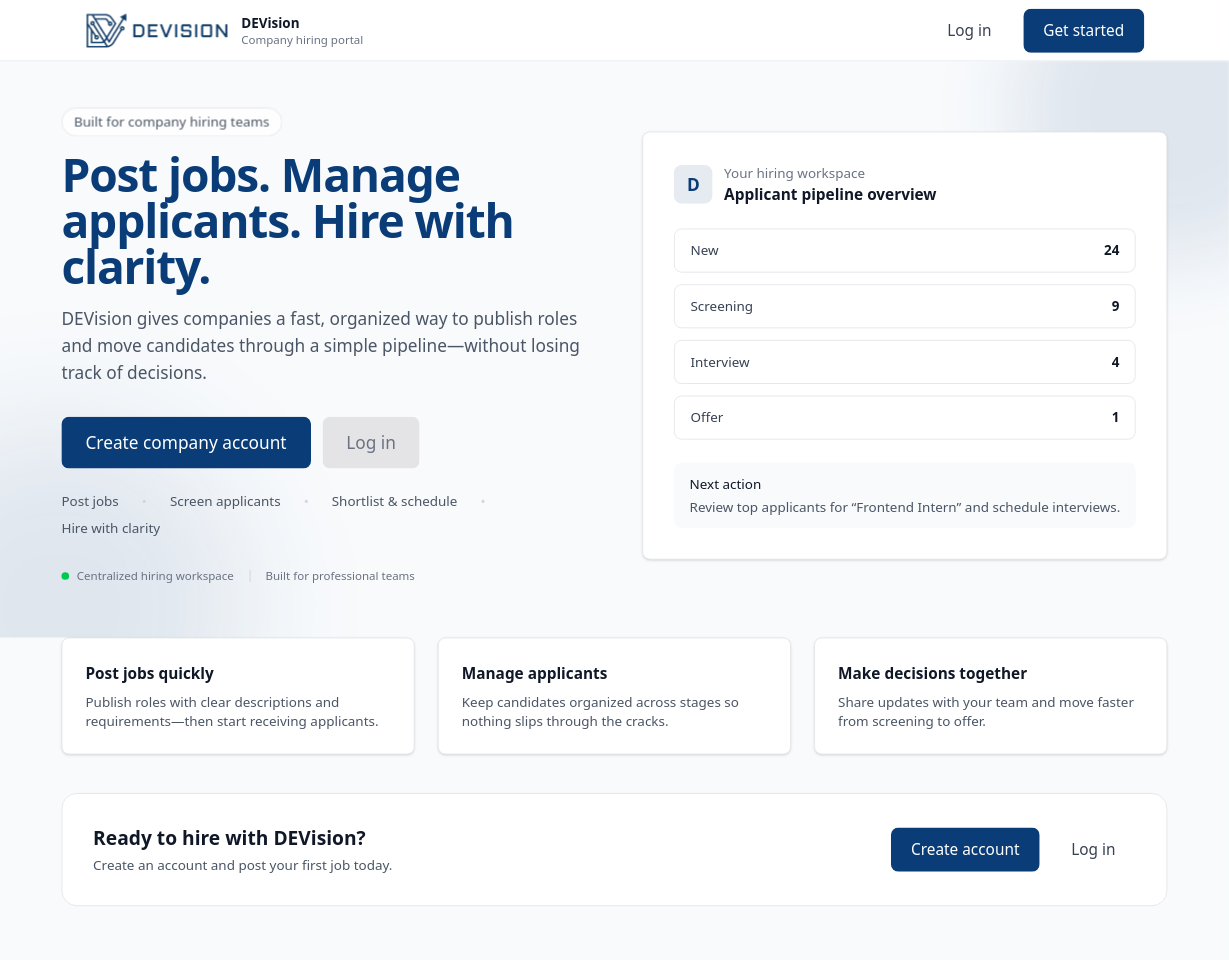
Repository: ISYS3461-2025C-Mulan-DEVision/JobManager_FE
Page: /
These files come from the project's save history. The page is drawn as it stood at one moment and after the next save; the edit follows.
The browser window is 1280 px wide. The pictures show the whole page, at 96% of full size.
The project was rebuilt for these pictures with package versions that can differ from the ones it lists, and the page was loaded fresh each time. Also part of the build but not shown: vite.config.js, src/components/ui/Input/Input.tsx, src/components/ui/Spinner/Spinner.tsx, src/components/ui/Alert/Alert.tsx, src/components/ui/GoogleLogo/GoogleLogo.tsx, src/components/headless/Form/Form.tsx, src/components/headless/Form/index.ts, src/components/headless/Table/useTable.ts and 18 more.

Above is the page before, as saved 2025-12-12 15:47:09.

### index.html
<!doctype html>
<html lang="en">
  <head>
    <meta charset="UTF-8" />
    <link rel="icon" type="image/svg+xml" href="/logo/logo-icon.png" />
    <meta name="viewport" content="width=device-width, initial-scale=1.0" />
    <title>jobmanager-fe</title>
  </head>
  <body>
    <div id="root"></div>
    <script type="module" src="/src/main.jsx"></script>
  </body>
</html>

### src/main.tsx
import React, { StrictMode } from "react";
import { createRoot } from "react-dom/client";
import "./index.css";
import { BrowserRouter } from "react-router-dom";
import App from "./App.js";
import { Provider } from "react-redux";
import store from "./store/index.js";

const container = document.getElementById("root")!;
if (!container) {
    throw new Error("Root container not found");
} else {
    createRoot(container).render(
        <StrictMode>
            <Provider store={store}>
                <BrowserRouter>
                    <App />
                </BrowserRouter>
            </Provider>
        </StrictMode>,
    );
}

### src/index.css
@import "tailwindcss";

@theme {
  --color-heading: #0A3D78;
  --color-dark-blue: #1E293B;
  --color-background: #F8FAFC;
  --color-filled-button: #0A3D78;
}

html,
body {
    height: 100%;
}

:root {
    font-family: system-ui, -apple-system, Segoe UI, Roboto, Helvetica, Arial, sans-serif;
    line-height: 1.5;
    font-weight: 400;
    font-synthesis: none;
    text-rendering: optimizeLegibility;
    -webkit-font-smoothing: antialiased;
    -moz-osx-font-smoothing: grayscale;
}

body {
    margin: 0;
    min-width: 320px;
    min-height: 100vh;
    background: var(--color-background-color);
    color: #0f172a;
}


/* button {
    border-radius: 8px;
    border: 1px solid transparent;
    padding: 0.6em 1.2em;
    font-size: 1em;
    font-weight: 500;
    font-family: inherit;
    background-color: #1a1a1a;
    cursor: pointer;
    transition: border-color 0.25s;
}
button:hover {
    border-color: #646cff;
}
button:focus,
button:focus-visible {
    outline: 4px auto -webkit-focus-ring-color;
} */

### src/App.tsx
import { Routes, Route } from "react-router-dom";
import Home from "./pages/Home";
import LoginPage from "./pages/LoginPage";
import RegistrationPage from "./pages/RegistrationPage";
import AppHeader from "./components/common/AppHeader";

function App() {
    return (
        <div className="min-h-screen bg-background">
            <AppHeader />
            <main>
                <Routes>
                    <Route path="/" element={<Home />} />
                    <Route path="/login" element={<LoginPage />} />
                    <Route path="/register" element={<RegistrationPage />} />
                </Routes>
            </main>
        </div>
    );
}

export default App;

### src/store/index.ts
import configureStore from "./configureStore";
const store = configureStore();
export default store;

### src/pages/Home.tsx
import { Link } from "react-router-dom";
import { Button, Card } from "../components/ui";

export default function Home() {
    return (
        <div className="bg-background">
            <section className="relative overflow-hidden px-6 pt-12 pb-14">
                <div className="pointer-events-none absolute inset-0">
                    <div className="absolute -top-28 right-[-6rem] h-80 w-80 rounded-full bg-filled-button/10 blur-2xl" />
                    <div className="absolute -bottom-40 left-[-8rem] h-96 w-96 rounded-full bg-filled-button/10 blur-3xl" />
                </div>

                <div className="relative mx-auto max-w-6xl">
                    <div className="grid gap-10 lg:grid-cols-2 lg:items-center">
                        <div>
                            <p className="inline-flex items-center rounded-full border border-gray-200 bg-white/80 px-3 py-1 text-sm text-gray-600 backdrop-blur">
                                Built for company hiring teams
                            </p>
                            <h1 className="mt-4 text-4xl font-bold tracking-tight text-heading sm:text-5xl">
                                Post jobs. Manage applicants. Hire with clarity.
                            </h1>
                            <p className="mt-4 text-lg text-gray-600">
                                DEVision gives companies a fast, organized way to publish roles and move candidates through a simple
                                pipeline—without losing track of decisions.
                            </p>

                            <div className="mt-8 flex flex-col gap-3 sm:flex-row sm:items-center">
                                <Link to="/register" className="inline-flex">
                                    <Button size="lg">Create company account</Button>
                                </Link>
                                <Link to="/login" className="inline-flex">
                                    <Button variant="secondary" size="lg">
                                        Log in
                                    </Button>
                                </Link>
                            </div>

                            <div className="mt-6 flex flex-wrap gap-x-6 gap-y-2 text-sm text-gray-600">
                                <span>Post jobs</span>
                                <span className="text-gray-300">•</span>
                                <span>Screen applicants</span>
                                <span className="text-gray-300">•</span>
                                <span>Shortlist & schedule</span>
                                <span className="text-gray-300">•</span>
                                <span>Hire with clarity</span>
                            </div>

                            <div className="mt-8 flex items-center gap-4 text-xs text-gray-500">
                                <div className="flex items-center gap-2">
                                    <span className="inline-block h-2 w-2 rounded-full bg-green-500" />
                                    <span>Centralized hiring workspace</span>
                                </div>
                                <div className="hidden h-3 w-px bg-gray-300 sm:block" />
                                <div className="hidden sm:block">Built for professional teams</div>
                            </div>
                        </div>

                        <div className="lg:justify-self-end">
                            <Card className="p-6 sm:p-8">
                                <div className="flex items-center gap-3">
                                    <div className="flex h-10 w-10 items-center justify-center rounded-lg bg-filled-button/10 text-heading">
                                        <span className="text-lg font-semibold">D</span>
                                    </div>
                                    <div>
                                        <div className="text-sm text-gray-500">Your hiring workspace</div>
                                        <div className="text-base font-semibold text-gray-900">Applicant pipeline overview</div>
                                    </div>
                                </div>

                                <div className="mt-6 grid gap-3">
                                    {[
                                        { label: "New", value: "24" },
                                        { label: "Screening", value: "9" },
                                        { label: "Interview", value: "4" },
                                        { label: "Offer", value: "1" },
                                    ].map((item) => (
                                        <div
                                            key={item.label}
                                            className="flex items-center justify-between rounded-lg border border-gray-200 bg-white px-4 py-3"
                                        >
                                            <div className="text-sm font-medium text-gray-700">{item.label}</div>
                                            <div className="text-sm font-semibold text-gray-900">{item.value}</div>
                                        </div>
                                    ))}
                                </div>

                                <div className="mt-6 rounded-lg bg-background px-4 py-3">
                                    <div className="text-sm font-medium text-gray-900">Next action</div>
                                    <div className="mt-1 text-sm text-gray-600">
                                        Review top applicants for “Frontend Intern” and schedule interviews.
                                    </div>
                                </div>
                            </Card>
                        </div>
                    </div>
                </div>
            </section>

            <section className="px-6 pb-14">
                <div className="mx-auto max-w-6xl">
                    <div className="grid gap-6 md:grid-cols-3">
                        <Card className="p-6">
                            <div className="text-base font-semibold text-gray-900">Post jobs quickly</div>
                            <p className="mt-2 text-sm text-gray-600">
                                Publish roles with clear descriptions and requirements—then start receiving applicants.
                            </p>
                        </Card>
                        <Card className="p-6">
                            <div className="text-base font-semibold text-gray-900">Manage applicants</div>
                            <p className="mt-2 text-sm text-gray-600">
                                Keep candidates organized across stages so nothing slips through the cracks.
                            </p>
                        </Card>
                        <Card className="p-6">
                            <div className="text-base font-semibold text-gray-900">Make decisions together</div>
                            <p className="mt-2 text-sm text-gray-600">
                                Share updates with your team and move faster from screening to offer.
                            </p>
                        </Card>
                    </div>

                    <div className="mt-10 rounded-2xl border border-gray-200 bg-white p-6 sm:p-8">
                        <div className="flex flex-col gap-4 sm:flex-row sm:items-center sm:justify-between">
                            <div>
                                <div className="text-xl font-semibold text-gray-900">Ready to hire with DEVision?</div>
                                <div className="mt-1 text-sm text-gray-600">Create an account and post your first job today.</div>
                            </div>
                            <div className="flex flex-col gap-3 sm:flex-row">
                                <Link to="/register" className="inline-flex">
                                    <Button>Create account</Button>
                                </Link>
                                <Link to="/login" className="inline-flex">
                                    <Button variant="ghost">Log in</Button>
                                </Link>
                            </div>
                        </div>
                    </div>
                </div>
            </section>
        </div>
    );
}

### src/components/common/AppHeader.tsx
import { Link, useLocation } from "react-router-dom";
import { Button } from "../ui";

type AppHeaderProps = {
    className?: string;
};

export default function AppHeader({ className }: AppHeaderProps) {
    const location = useLocation();

    const pathname = location.pathname;
    const onLogin = pathname === "/login";
    const onRegister = pathname === "/register";

    return (
        <header className={className ?? ""}>
            <div className="h-16 border-b border-gray-200 bg-white">
                <div className="mx-auto flex h-full max-w-6xl items-center justify-between px-6">
                    <Link to="/" className="flex items-center gap-3">
                        <img src="/logo/logo.png" alt="DEVision" className="h-9 w-auto" />
                        <div className="leading-tight">
                            <div className="text-sm font-semibold text-gray-900">DEVision</div>
                            <div className="text-xs text-gray-500">Company hiring portal</div>
                        </div>
                    </Link>

                    <nav className="flex items-center gap-3">
                        {!onLogin && (
                            <Link to="/login" className="inline-flex">
                                <Button variant="ghost">Log in</Button>
                            </Link>
                        )}
                        {!onRegister && (
                            <Link to="/register" className="inline-flex">
                                <Button>Get started</Button>
                            </Link>
                        )}
                    </nav>
                </div>
            </div>
        </header>
    );
}

### src/store/configureStore.ts
import { createStore, applyMiddleware, Store } from "redux";
import { createLogger } from "redux-logger";
import createSagaMiddleware from "redux-saga";
import { enableBatching } from "redux-batched-actions";
import createReducer from "./reducers";
import rootSaga from "./saga";

const configureStore = (initialState = {}): Store => {
    const rootReducer = createReducer();
    const sagaMiddleware = createSagaMiddleware();

    const middlewares = [sagaMiddleware];

    const isDev = import.meta.env.VITE_NODE_ENV === "development";

    if (isDev) {
        const loggerMiddleware = createLogger({
            collapsed: () => true,
        });
        (middlewares as any[]).push(loggerMiddleware);
    }

    const store = createStore(
        enableBatching(rootReducer),
        initialState,
        applyMiddleware(...middlewares),
    );

    sagaMiddleware.run(rootSaga);

    return store;
};

export default configureStore;

### src/components/ui/index.ts
// UI Components - Presentational components with styling
export * from "./Button";
export * from "./Input";
export * from "./Card";
export * from "./Spinner";
export * from "./Alert";
export * from "./GoogleLogo";

### src/store/reducers.ts
import { combineReducers } from "redux";
import { reducers } from "../redux";
import _ from "lodash";

const appReducer = combineReducers(reducers);
export default function createReducer() {
    const rootReducer = (state, action) => {
        if (action.type === "FORCE_UPDATE_GLOBAL_STATE") {
            return appReducer(_.cloneDeep(action.payload), action as never);
        }
        return appReducer(state, action as never);
    };

    return rootReducer;
}

### src/store/saga.ts
import { all, fork } from "redux-saga/effects";
import { sagas } from "../redux";

export default function* rootSaga() {
    yield all([...Object.values(sagas)].map(fork));
}

### src/components/ui/Button/index.ts
export { Button } from "./Button";
export type { ButtonProps } from "./Button";

### src/components/ui/Input/index.ts
export { Input } from "./Input";
export type { InputProps } from "./Input";

### src/components/ui/Card/index.ts
export { Card, CardHeader, CardBody, CardFooter } from "./Card";
export type { CardProps } from "./Card";

### src/components/ui/Spinner/index.ts
export { Spinner } from "./Spinner";
export type { SpinnerProps } from "./Spinner";

### src/components/ui/Alert/index.ts
export { Alert } from "./Alert";
export type { AlertProps } from "./Alert";

### src/components/ui/GoogleLogo/index.ts
export { GoogleLogo } from "./GoogleLogo";
export type { GoogleLogoProps } from "./GoogleLogo";

### src/redux/index.ts
const loadModules = (modules: Record<string, any>, hasDefault = false) =>
    Object.entries(modules).map(([path, mod]) => {
        const parts = path.split("/");
        return {
            name: parts.at(-1)!.replace(".js", "").toUpperCase(),
            key: parts.at(-2)!,
            data: hasDefault ? mod.default : mod,
        };
    });

const rawActions = loadModules(
    import.meta.glob("./**/actions.ts", { eager: true }),
    true,
);

const rawTypes = loadModules(
    import.meta.glob("./**/types.ts", { eager: true }),
    false,
);

const rawReducers = loadModules(
    import.meta.glob("./**/reducer.ts", { eager: true }),
    true,
);

const rawSagas = loadModules(
    import.meta.glob("./**/saga.ts", { eager: true }),
    false,
);

// Final exports
export const actions = rawActions.reduce((p, e) => ({ ...p, ...e.data }), {});
export const types = rawTypes.reduce((p, e) => ({ ...p, ...e.data }), {});
export const reducers = rawReducers.reduce(
    (p, e) => ({ ...p, [e.key]: e.data }),
    {},
);
export const sagas = rawSagas.reduce((p, e) => ({ ...p, ...e.data }), {});

### src/components/ui/Card/Card.tsx
import React from "react";
import clsx from "clsx";

export interface CardProps {
  children: React.ReactNode;
  className?: string;
  padding?: "none" | "sm" | "md" | "lg";
  hover?: boolean;
}

export const Card: React.FC<CardProps> = ({
  children,
  className,
  padding = "md",
  hover = false,
}) => {
  const paddingStyles = {
    none: "",
    sm: "p-3",
    md: "p-4",
    lg: "p-6",
  };

  return (
    <div
      className={clsx(
        "bg-white rounded-lg border border-gray-200 shadow-sm",
        paddingStyles[padding],
        hover && "hover:shadow-md transition-shadow cursor-pointer",
        className
      )}
    >
      {children}
    </div>
  );
};

export const CardHeader: React.FC<{
  children: React.ReactNode;
  className?: string;
}> = ({ children, className }) => (
  <div className={clsx("border-b border-gray-200 pb-3 mb-3", className)}>
    {children}
  </div>
);

export const CardBody: React.FC<{
  children: React.ReactNode;
  className?: string;
}> = ({ children, className }) => <div className={className}>{children}</div>;

export const CardFooter: React.FC<{
  children: React.ReactNode;
  className?: string;
}> = ({ children, className }) => (
  <div className={clsx("border-t border-gray-200 pt-3 mt-3", className)}>
    {children}
  </div>
);

### src/redux/app/actions.ts
import * as types from "./type";

const setLoading = (payload: boolean) => ({ type: types.SET_LOADING, payload });
const setError = (payload: string | null) => ({
    type: types.SET_ERROR,
    payload,
});
const setInitialized = (payload: boolean) => ({
    type: types.SET_INITIALIZED,
    payload,
});
const reset = () => ({ type: types.RESET });

const toggleLoadingAsync = (payload: boolean) => ({
    type: types.TOGGLE_LOADING_ASYNC,
    payload,
});

export default {
    setLoading,
    setError,
    setInitialized,
    reset,
    toggleLoadingAsync,
};

### src/redux/app/reducer.ts
import * as types from "./type";
export interface AppState {
    loading: boolean;
    error: string | null;
    initialized?: boolean;
    test: string;
}

const INITIAL_STATE: AppState = {
    loading: true,
    error: null,
    initialized: false,
    test: "test",
};

type Action = { type: string; payload?: any };

export default function appReducer(
    state: AppState = INITIAL_STATE,
    action: Action,
): AppState {
    switch (action.type) {
        case types.SET_LOADING:
            return { ...state, loading: !!action.payload };
        case types.SET_ERROR:
            return { ...state, error: action.payload ?? null, loading: false };
        case types.SET_INITIALIZED:
            return { ...state, initialized: !!action.payload };
        case types.RESET:
            return { ...INITIAL_STATE };
        default:
            return state;
    }
}

### src/redux/app/saga.ts
import { takeEvery, put, delay } from "redux-saga/effects";
import * as types from "./type";
import actions from "./actions";

function* handleToggleLoading(action: any) {
    yield delay(300);
    yield put(actions.setLoading(action.payload));
}

export function* watchToggleLoading() {
    yield takeEvery(types.TOGGLE_LOADING_ASYNC, handleToggleLoading);
}

### src/redux/app/type.ts
const prefix = "APP/";

export const SET_LOADING = `${prefix}SET_LOADING`;
export const SET_ERROR = `${prefix}SET_ERROR`;
export const SET_INITIALIZED = `${prefix}SET_INITIALIZED`;
export const RESET = `${prefix}RESET`;

// test async action
export const TOGGLE_LOADING_ASYNC = `${prefix}TOGGLE_LOADING_ASYNC`;

Loaded but not shown: src/components/ui/Button/Button.tsx (81 lines, source omitted)

After the next save:
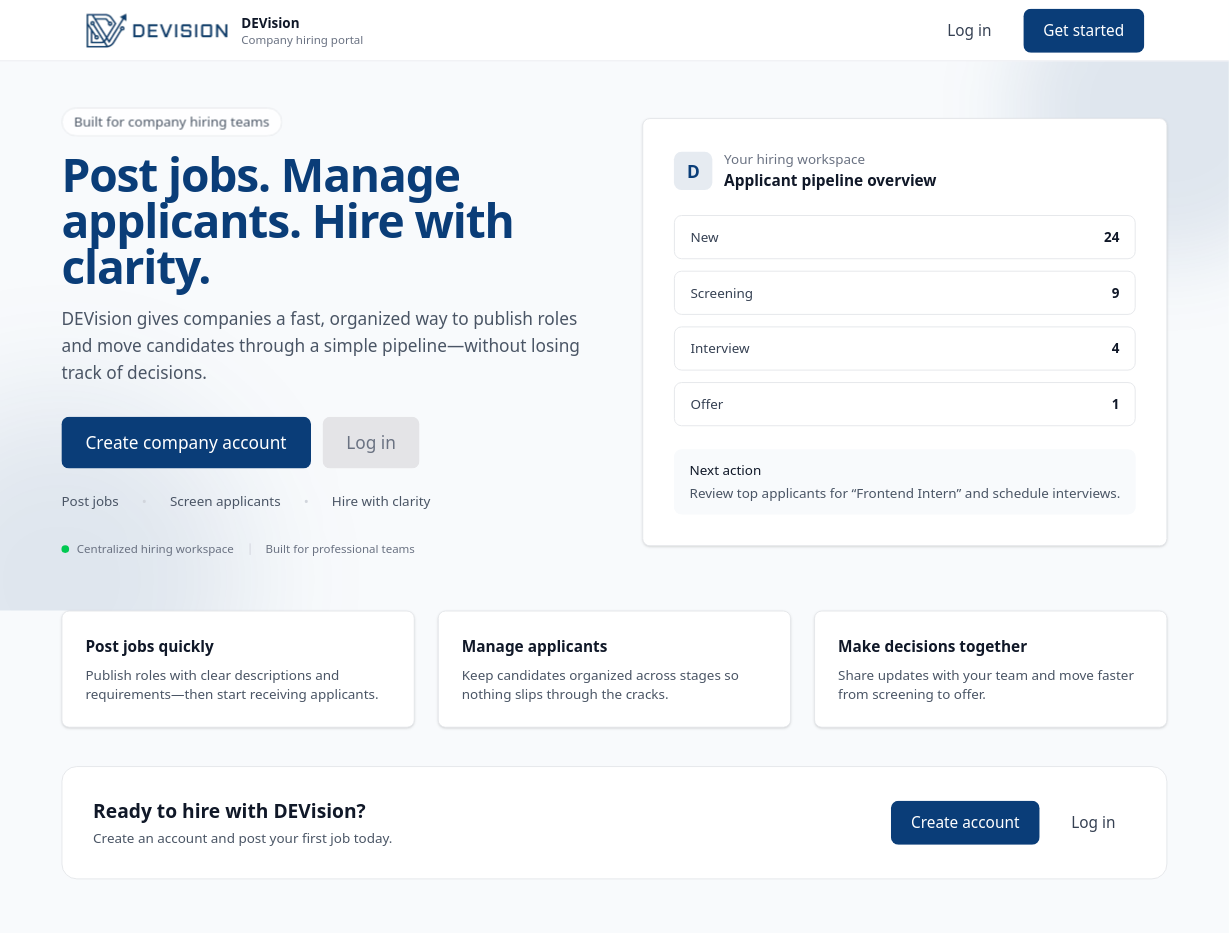
Saved 15 s later.
--- a/src/pages/Home.tsx
+++ b/src/pages/Home.tsx
@@ -39,8 +39,6 @@ export default function Home() {
                                 <span>Post jobs</span>
                                 <span className="text-gray-300">•</span>
                                 <span>Screen applicants</span>
-                                <span className="text-gray-300">•</span>
-                                <span>Shortlist & schedule</span>
                                 <span className="text-gray-300">•</span>
                                 <span>Hire with clarity</span>
                             </div>
